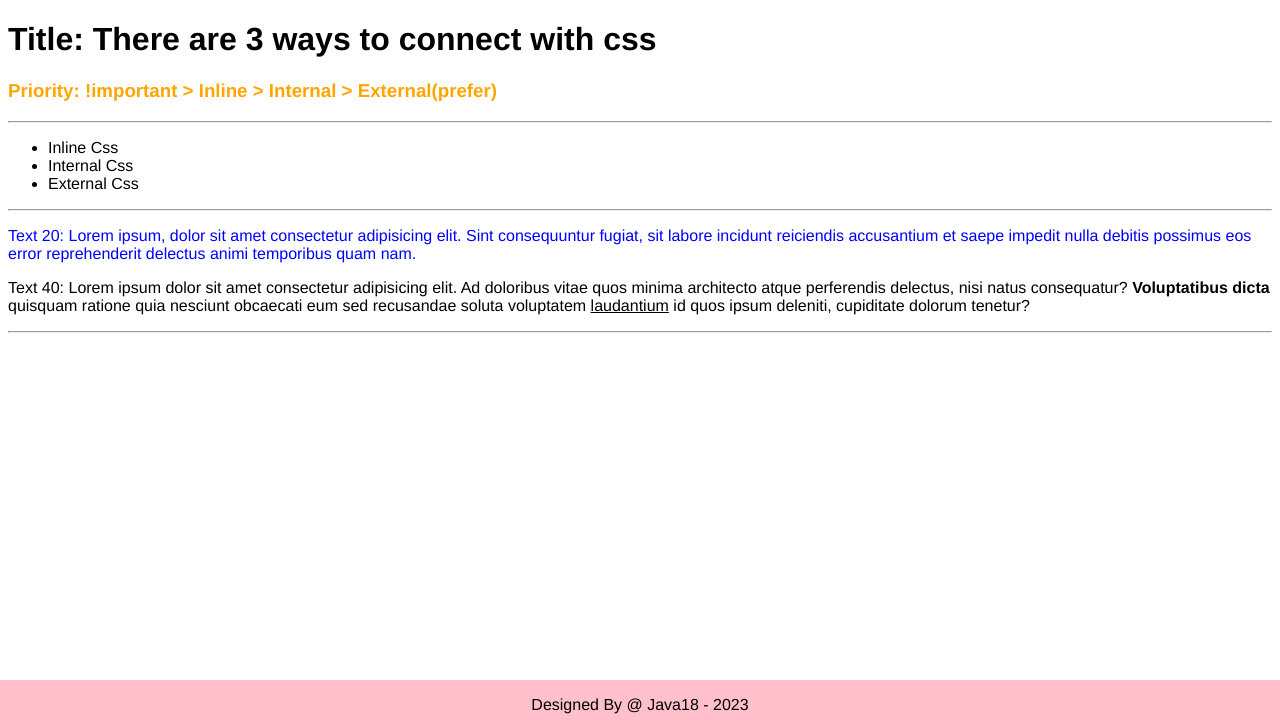
Repository: j4tdn/java18-repository
Page: 2. CSS3/ex03-base-content-basic-properties.html
The author's editor kept a copy of each file at every save. The page is drawn from the files as they stood at one save, then again after the next save.
The browser window is 1280 px wide. The pictures show the whole page.

Above is the page before, as saved 2023-10-21 18:30:15.

After the next save:
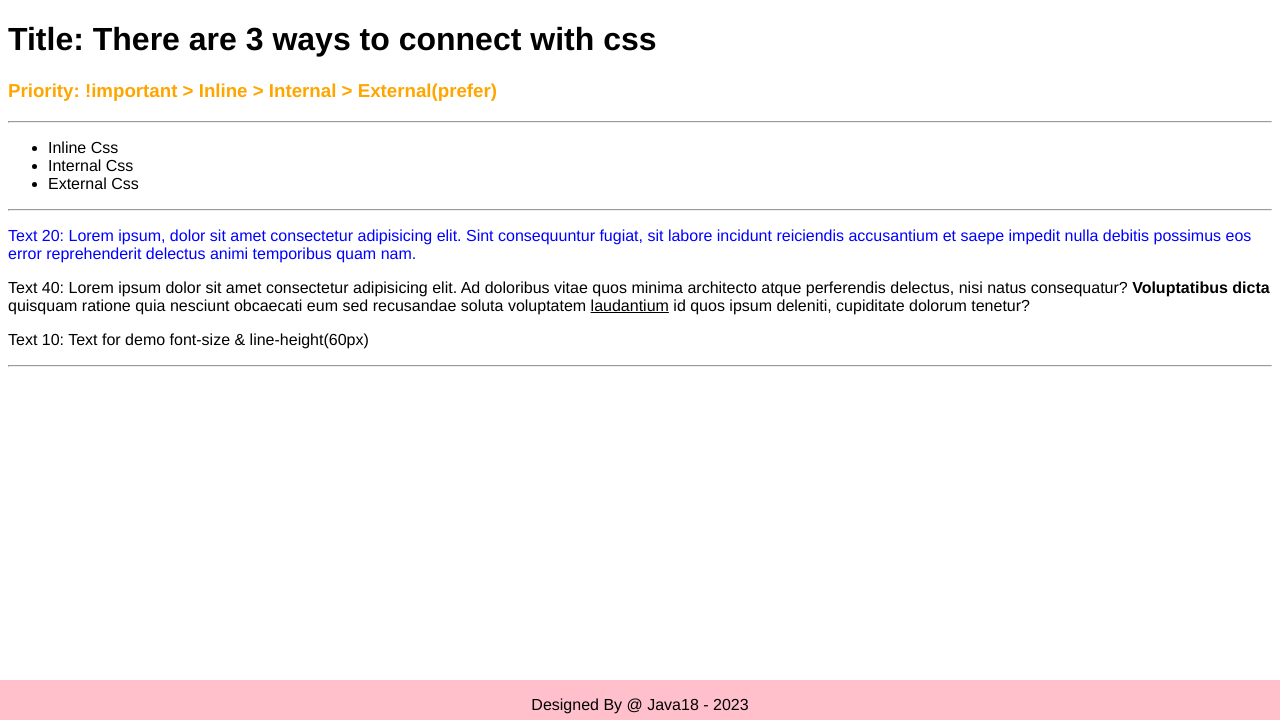
Saved 45 s later.
--- a/2. CSS3/ex03-base-content-basic-properties.html
+++ b/2. CSS3/ex03-base-content-basic-properties.html
@@ -40,6 +40,7 @@
         <span class="text-underline">laudantium</span> id quos ipsum deleniti,
         cupiditate dolorum tenetur?
       </p>
+      <p>Text 10: Text for demo font-size & line-height(60px)</p>
     </div>
     <hr />
 
